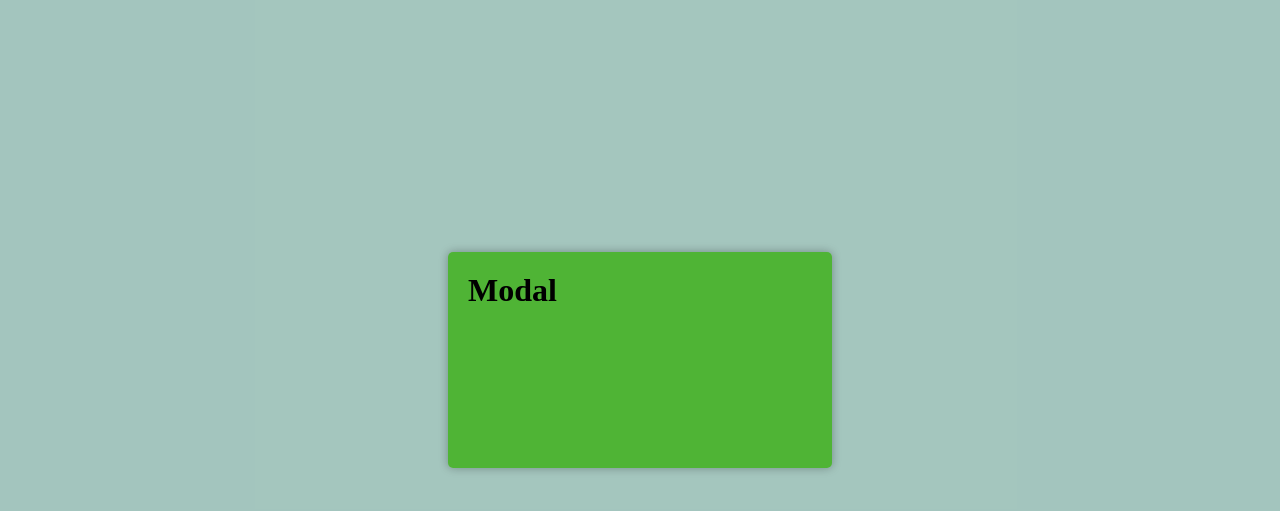
Repository: Soab42/portfolio
Page: /modal
An editor plug-in stored every save of this project. The page is shown before and after the next save, followed by the edit.
The browser window is 1280 px wide. The pictures show the whole page.
The project was rebuilt for these pictures with package versions that can differ from the ones it lists, and the page was loaded fresh each time. The framework's server and built-in components were replaced by stand-ins that run in the browser. Also part of the build but not shown: next.config.js.

Above is the page before, as saved 2023-10-09 15:25:37.

After the next save:
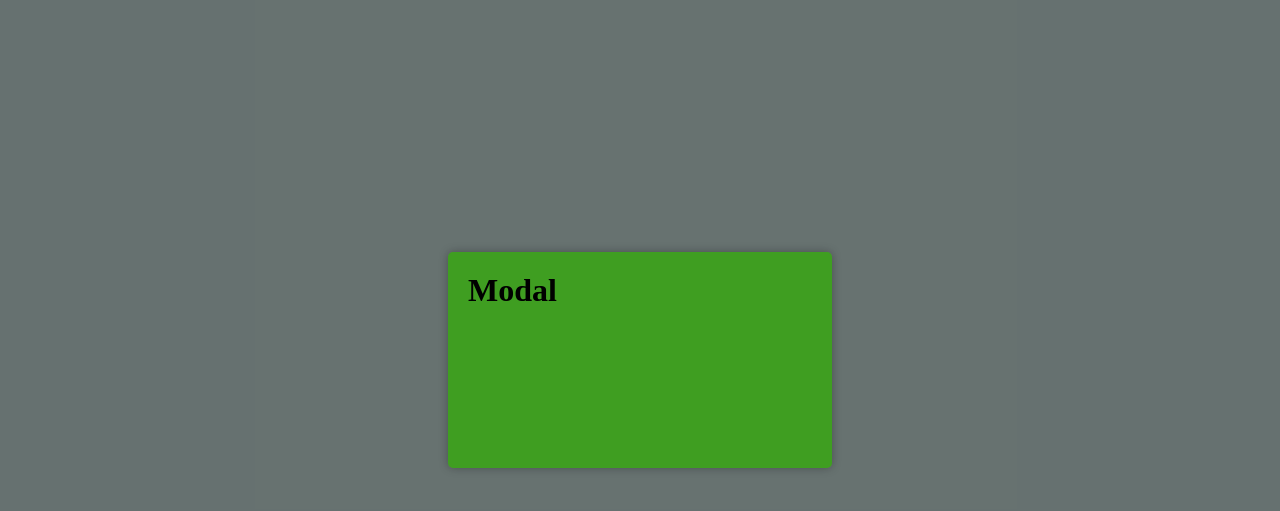
Saved 6 s later.
--- a/app/globals.css
+++ b/app/globals.css
@@ -111,7 +111,7 @@ a {
   display: flex;
   justify-content: center;
   align-items: center;
-  background: #86baada0;
+  background: #253430a0;
   position: fixed;
   top: 0;
   bottom: 0;
